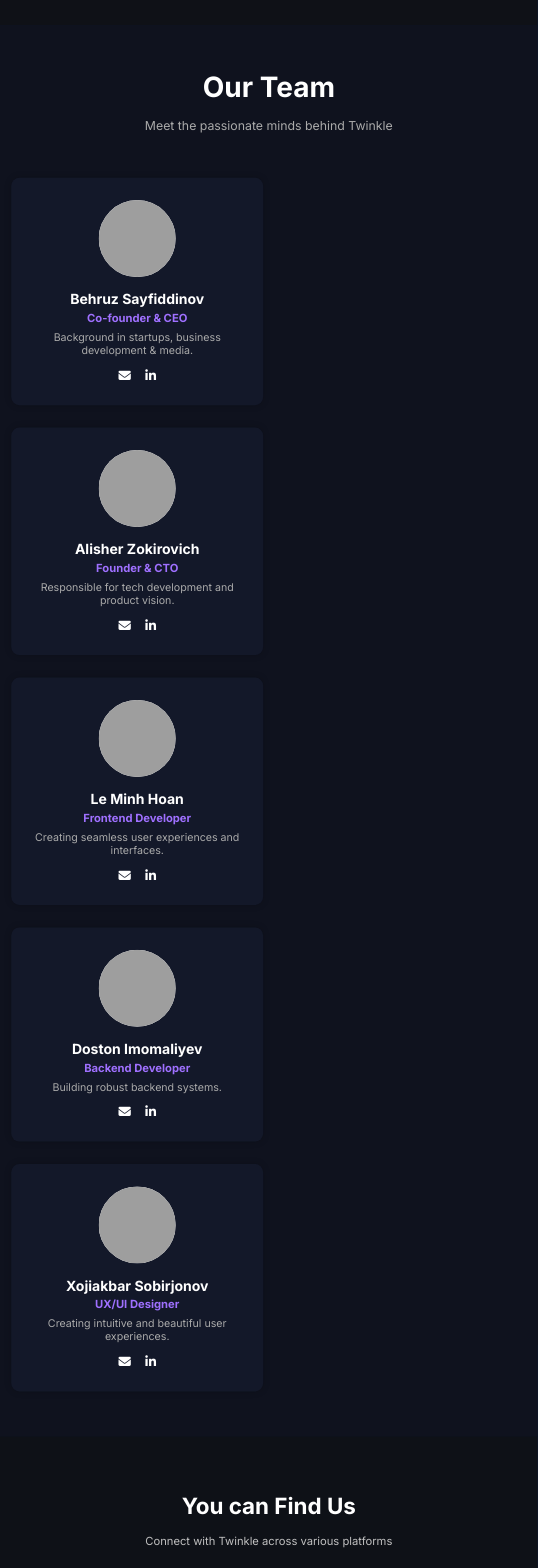
Repository: techboy-33/Twinkle-web
Page: index.html
The author's editor kept a copy of each file at every save. The page is drawn from the files as they stood at one save, then again after the next save.
The browser window is 768 px wide. The pictures show the part of the page from y = 2797 to 5037 px (the page is 6973 px tall), at 70% of full size.
Pictures or frames that could not be fetched are drawn as grey boxes.

Above is the page before, as saved 2025-05-26 10:23:05.

After the next save:
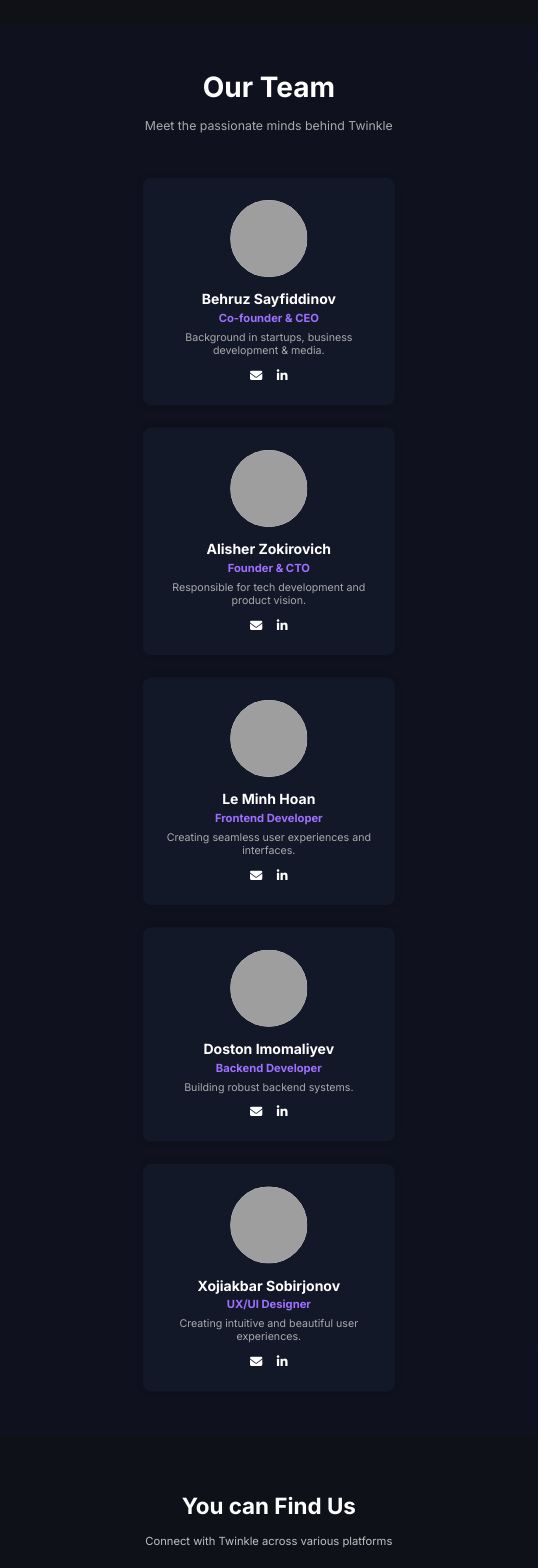
Saved 111 s later.
--- a/responsive.css
+++ b/responsive.css
@@ -176,6 +176,9 @@
     .team-title {
         margin-bottom: 20px;
     }
+    .team-grid {
+        justify-content: center;
+    }
 
     /* Find Us */
     .find-us-title {
